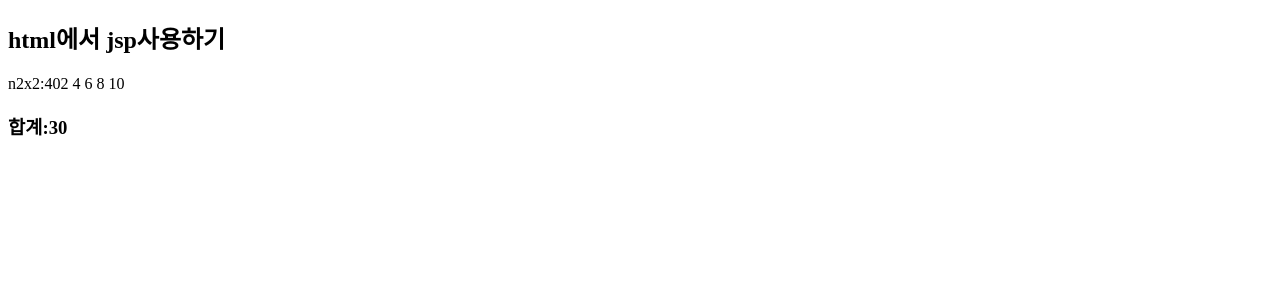
Repository: kukulza1/jspworks
Page: http://localhost/jwbook/ch01/scriptlet.jsp
These files come from the project's save history. The page is drawn as it stood at one moment and after the next save; the edit follows.
The browser window is 1280 px wide. The pictures show the whole page.
The page is served by Tomcat 9. Other server files are loaded and not shown.

Above is the page before, as saved 2023-11-20 02:12:26.

### jwbook/src/main/webapp/ch01/scriptlet.jsp
<%@ page language="java" contentType="text/html; charset=UTF-8"
    pageEncoding="UTF-8"%>
<!DOCTYPE html>
<html>
<head>
<meta charset="UTF-8">
<title>스크립트릿 태그</title>
</head>
<body>
      <h2>html에서 jsp사용하기</h2>
     <!-- 스크립트릿 사용하기 -->
    <%
      int n1 = 10, n2=20;
      //내장 객체-out.println() 함수사용
      out.print("n2x2:"+ (n2+n2) );
      //1부터 10까지 자연수 중에서 짝수만 출력
      for(int i=1; i<11; i++){
    	  if(i%2 == 0){
    		  out.println(i);
    	  }
      }

    %>
    <h3>합계:<%= n1+n2 %></h3>
</body>
</html>

After the next save:
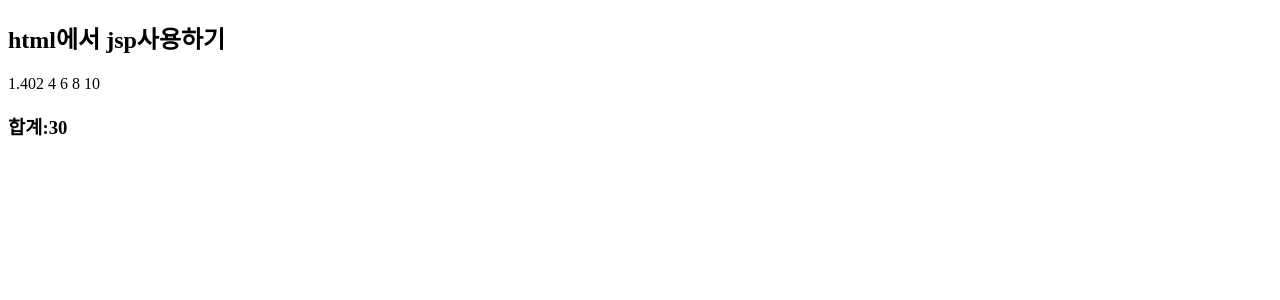
Saved 12 s later.
--- a/jwbook/src/main/webapp/ch01/scriptlet.jsp
+++ b/jwbook/src/main/webapp/ch01/scriptlet.jsp
@@ -12,7 +12,7 @@
     <%
       int n1 = 10, n2=20;
       //내장 객체-out.println() 함수사용
-      out.print("n2x2:"+ (n2+n2) );
+      out.print("1."+ (n2+n2) );
       //1부터 10까지 자연수 중에서 짝수만 출력
       for(int i=1; i<11; i++){
     	  if(i%2 == 0){
